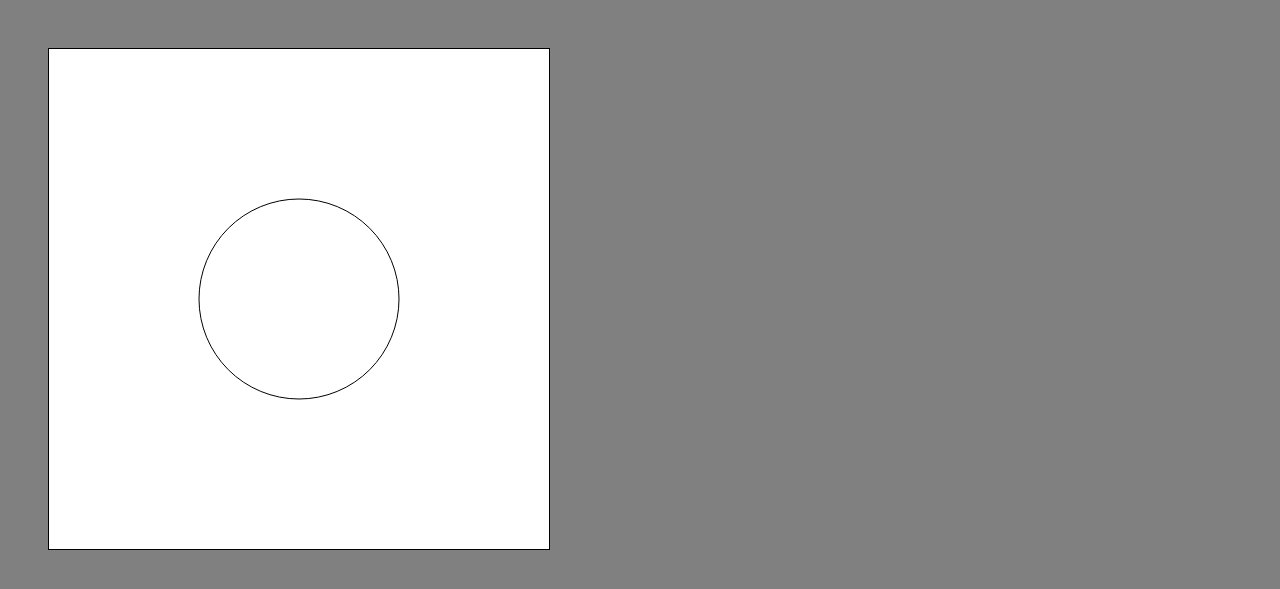
Repository: albinsabu2023/Stopwatch-program
Page: index.html
The author's editor kept a copy of each file at every save. The page is drawn from the files as they stood at one save, then again after a run of saves.
The browser window is 1280 px wide. The pictures show the whole page.

Above is the page before, as saved 2023-03-03 22:17:18.

After the next 2 saves:
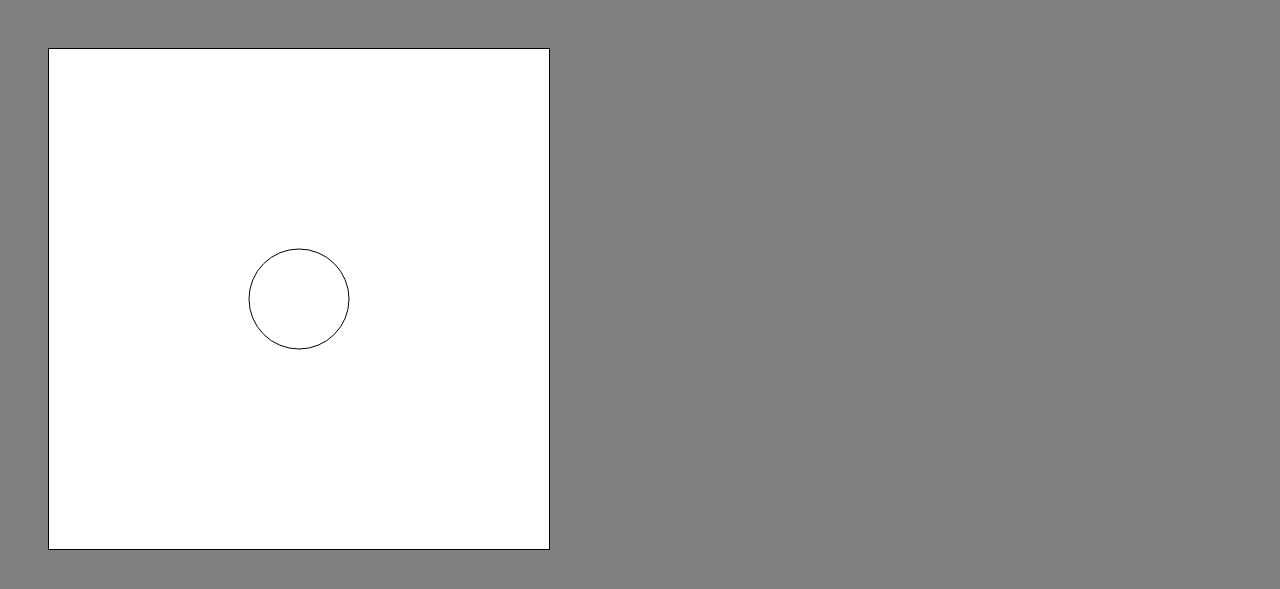
The 2 saves are shown as one change because they came seconds apart.
The last was saved 12 s later.
--- a/index.js
+++ b/index.js
@@ -41,5 +41,5 @@ let can = document.getElementById("canvas");
 //context.arc(startcord x,startcord y,radius,start angle,end angle,)
 
 let context = can.getContext("2d");
-context.arc(250, 250, 100, 0, 2 * Math.PI);
+context.arc(250, 250, 50, 0, 2 * Math.PI);
 context.stroke();
